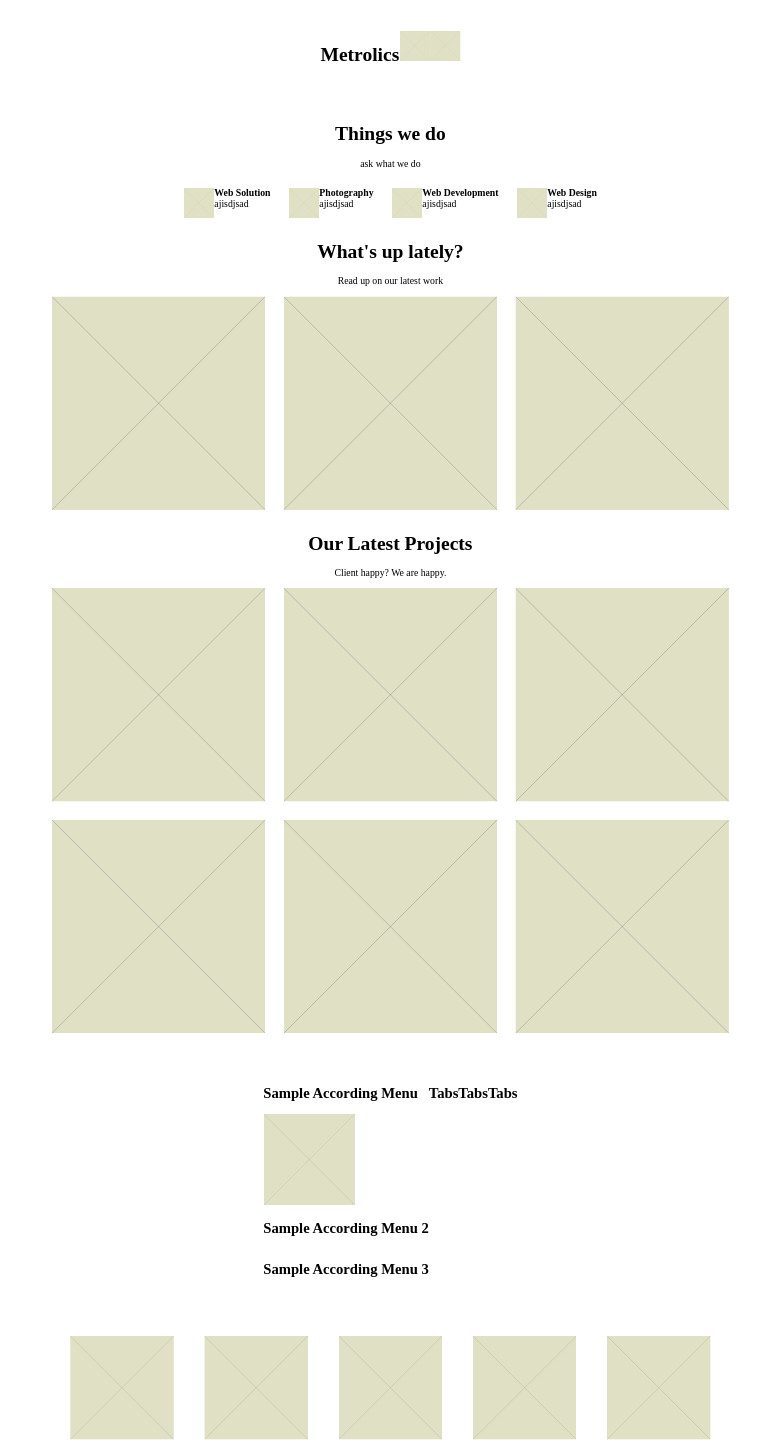
Repository: ReallyNguyen/responsive-web
Page: index.html
The author's editor kept a copy of each file at every save. The page is drawn from the files as they stood at one save, then again after the next save.
The browser window is 1280 px wide. The pictures show the whole page, at 61% of full size.

Above is the page before, as saved 2023-01-25 21:30:07.

After the next save:
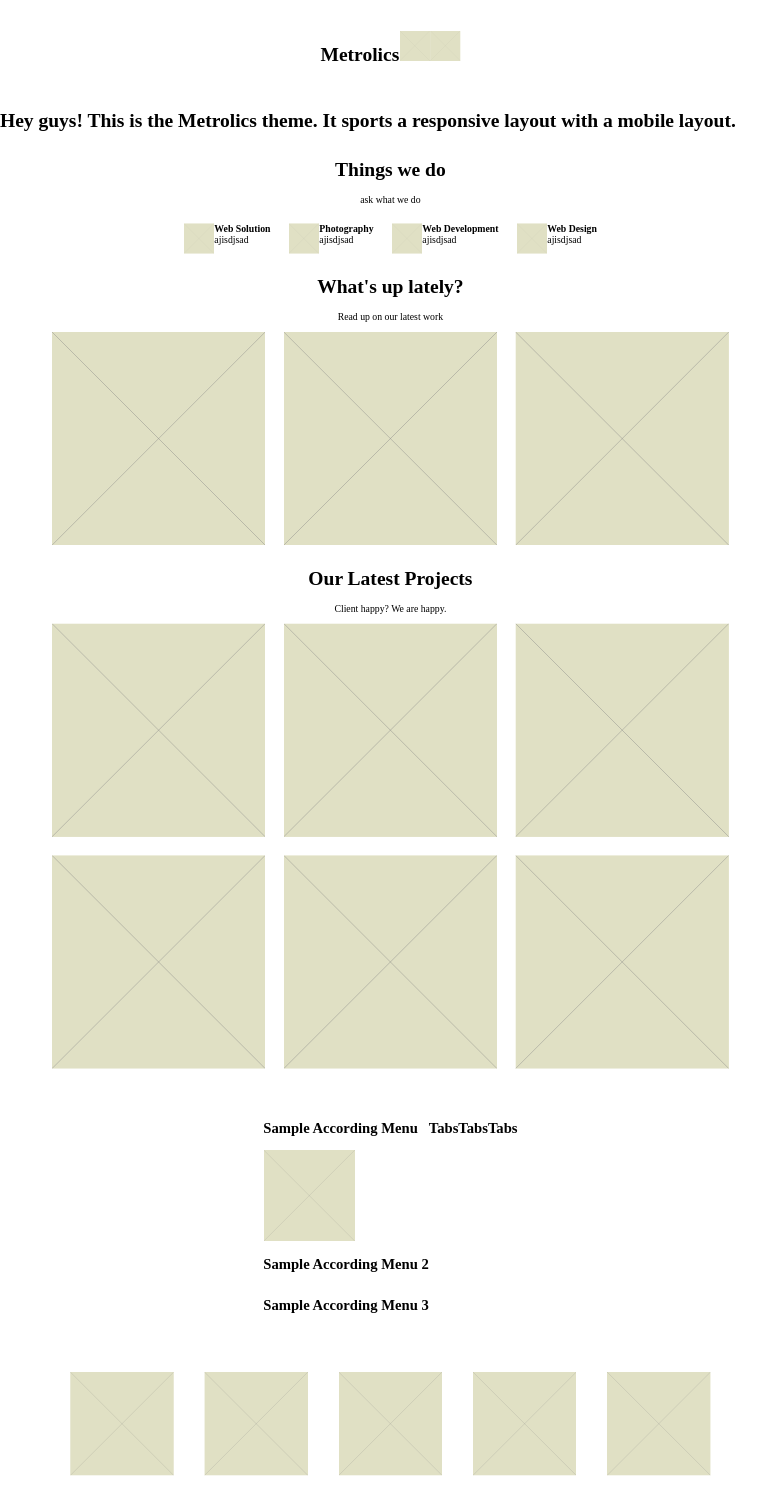
Saved 63 s later.
--- a/index.html
+++ b/index.html
@@ -29,6 +29,10 @@
       <img class="logo" src="placeholder.svg" alt="company logo" width="50" height="50">
       <img class="accordian" src="placeholder.svg" alt="accordian here" width="50" height="50">
 
+    </div>
+
+    <div class="introduction">
+      <h1> Hey guys! This is the Metrolics theme. It sports a responsive layout with a mobile layout.</h1>
     </div>
 
 
